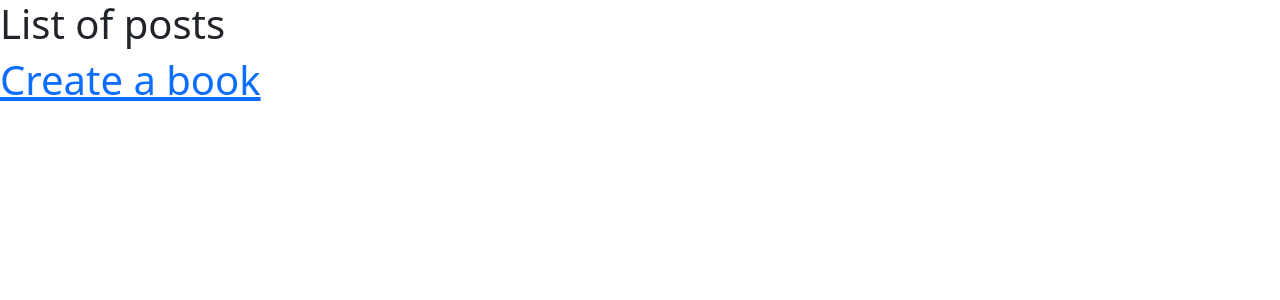
Repository: RaghdaMadiane/django
Page: http://localhost/books/
The author's editor kept a copy of each file at every save. The page is drawn from the files as they stood at one save, then again after the next save.
The browser window is 1280 px wide. The pictures show the whole page.
The page is served by the project's application, run on Django 3.2 (manage.py). Queries for data that is not in the repository find no rows.

Above is the page before, as saved 2021-04-21 16:58:30.

After the next save:
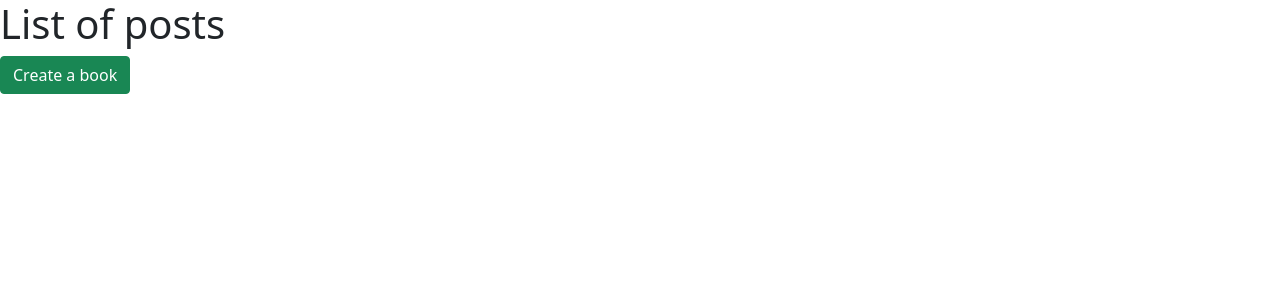
Saved 26 s later.
--- a/books/templates/books/index.html
+++ b/books/templates/books/index.html
@@ -9,6 +9,6 @@
 <h3>{{book.title}}</h3>
 <h5>{{book.author}}</h5>
 {% endfor %}
-<a  href='create' type="button" > Create a book </a>
+<a  href='create' type="button"  class="btn btn-success"> Create a book </a>
 </body>
 </html>
